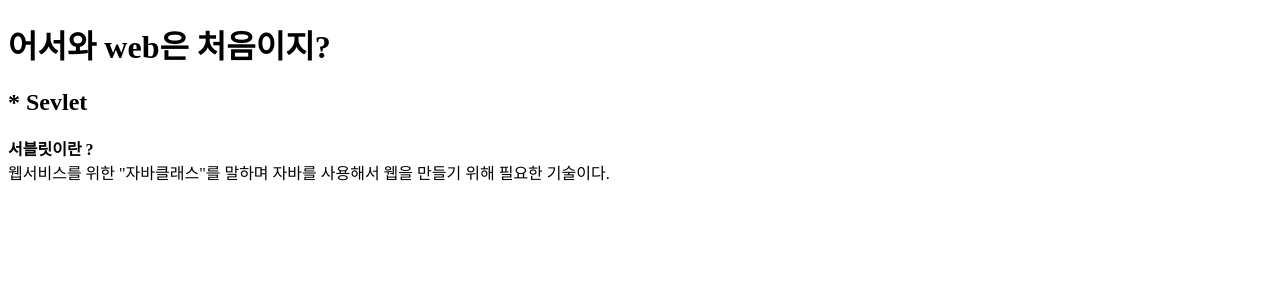
Repository: pje00427/webserver_workspace1
Page: 1_Servlet/WebContent/index.html
These files come from the project's save history. The page is drawn as it stood at one moment and after the next save; the edit follows.
The browser window is 1280 px wide. The pictures show the whole page.

Above is the page before, as saved 2020-08-27 04:38:09.

After the next save:
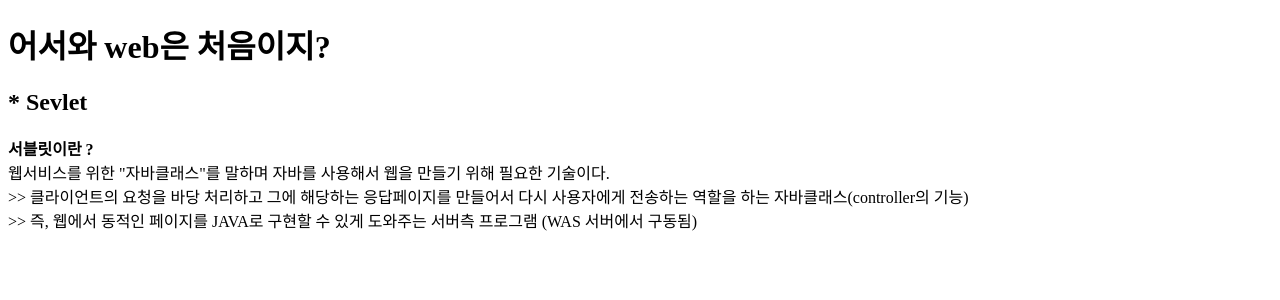
Saved 2 min 40 s later.
--- a/1_Servlet/WebContent/index.html
+++ b/1_Servlet/WebContent/index.html
@@ -15,6 +15,9 @@
 		<b>서블릿이란 ? </b><br>
 
 		웹서비스를 위한 "자바클래스"를 말하며 자바를 사용해서 웹을 만들기 위해 필요한 기술이다. <br>
+		>> 클라이언트의 요청을 바당 처리하고 그에 해당하는 응답페이지를 만들어서 다시 사용자에게 전송하는 역할을 하는 자바클래스(controller의 기능)<br>
+		>> 즉, 웹에서 동적인 페이지를 JAVA로 구현할 수 있게 도와주는 서버측 프로그램 (WAS 서버에서 구동됨)
+
 
 	</p>
 
